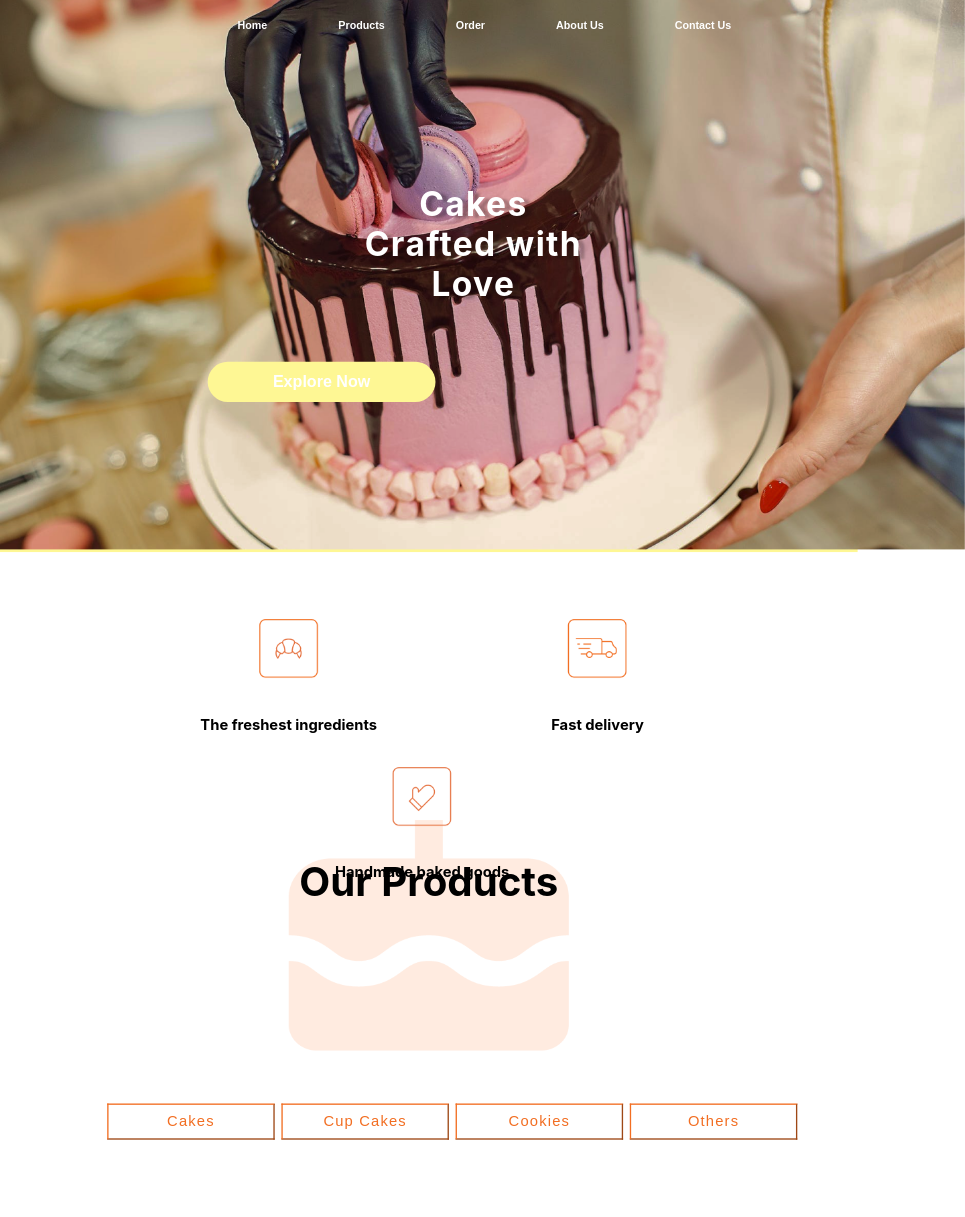
Repository: MEROO1010/cake-box
Page: /
The author's editor kept a copy of each file at every save. The page is drawn from the files as they stood at one save, then again after the next save.
The browser window is 1280 px wide. The page is 1440 px wide, so the pictures cover 1440 px, including what lies to the right of the window. The pictures show the whole page, at 67% of full size.
The project was rebuilt for these pictures with package versions that can differ from the ones it lists, and the page was loaded fresh each time.

Above is the page before, as saved 2023-11-09 13:15:37.

After the next save:
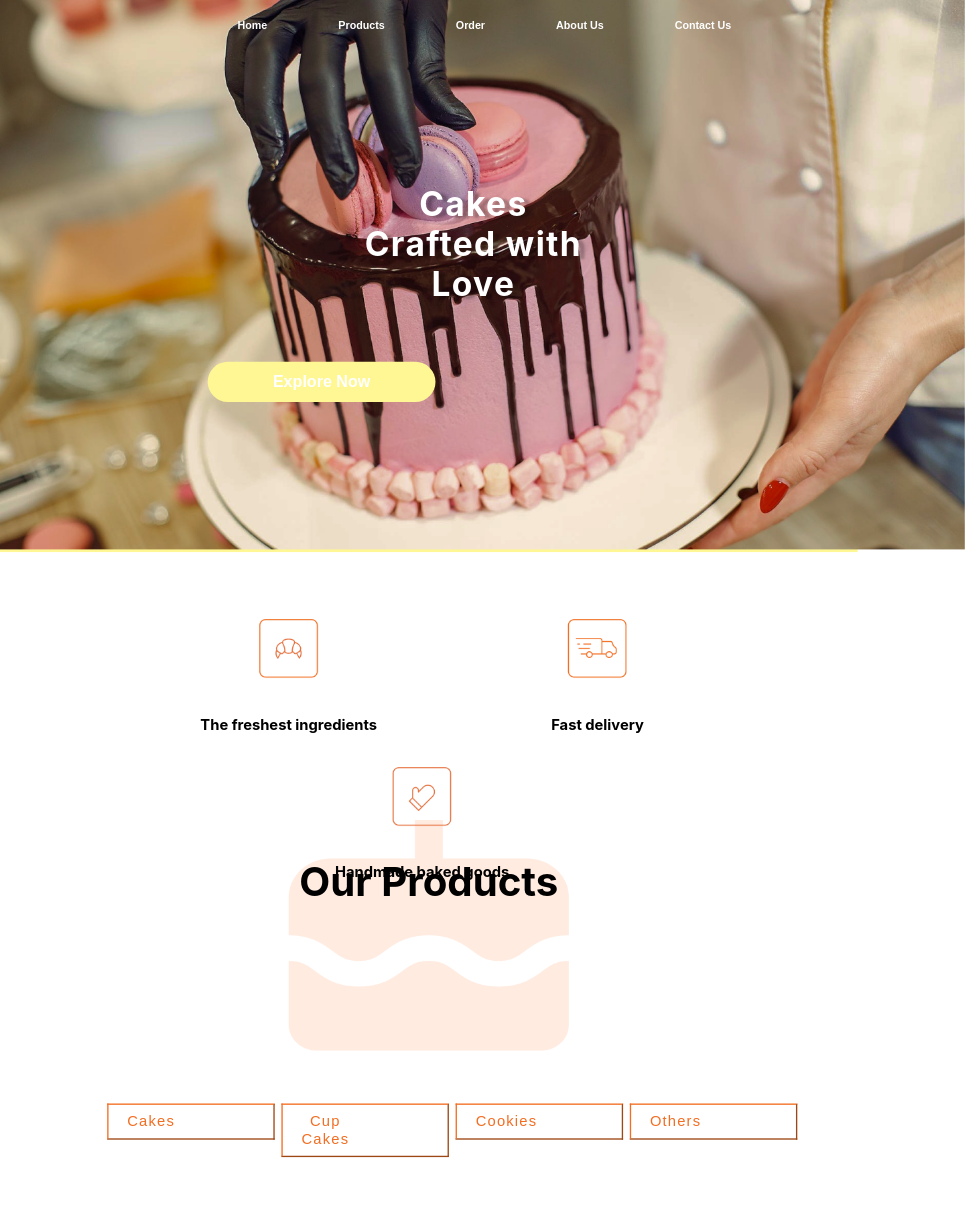
Saved 44 s later.
--- a/src/components/Products.jsx
+++ b/src/components/Products.jsx
@@ -106,6 +106,10 @@
   padding: 12px 28px;
   margin-right:20px ;
   width:250px;
-  gap:20px;
+  display: grid;
+            grid-template-columns: repeat(4, 1fr);
+            gap: 10px;
+
+
   }
 `

After the save that followed:
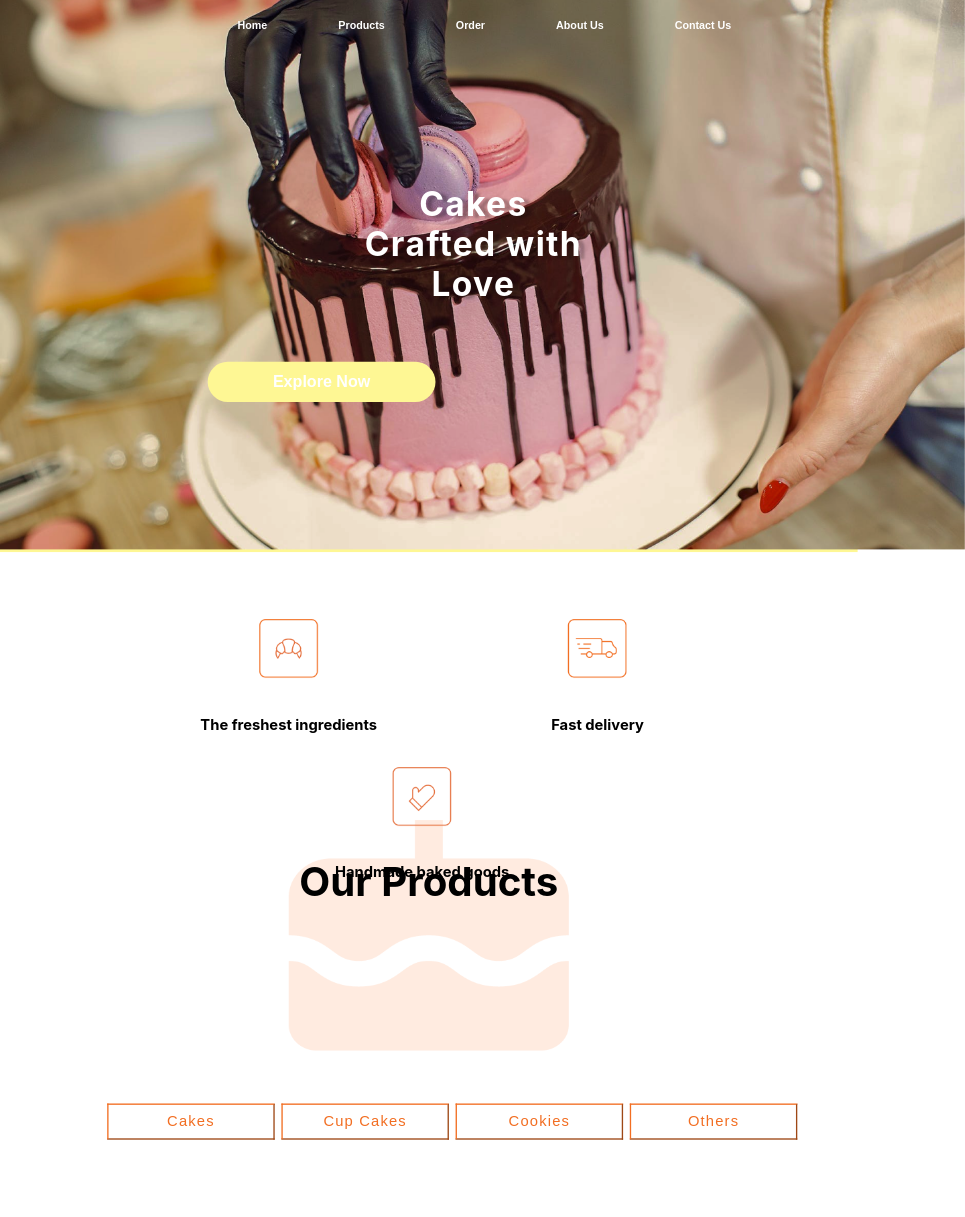
Saved 4 s later.
--- a/src/components/Products.jsx
+++ b/src/components/Products.jsx
@@ -106,9 +106,7 @@
   padding: 12px 28px;
   margin-right:20px ;
   width:250px;
-  display: grid;
-            grid-template-columns: repeat(4, 1fr);
-            gap: 10px;
+
 
 
   }
